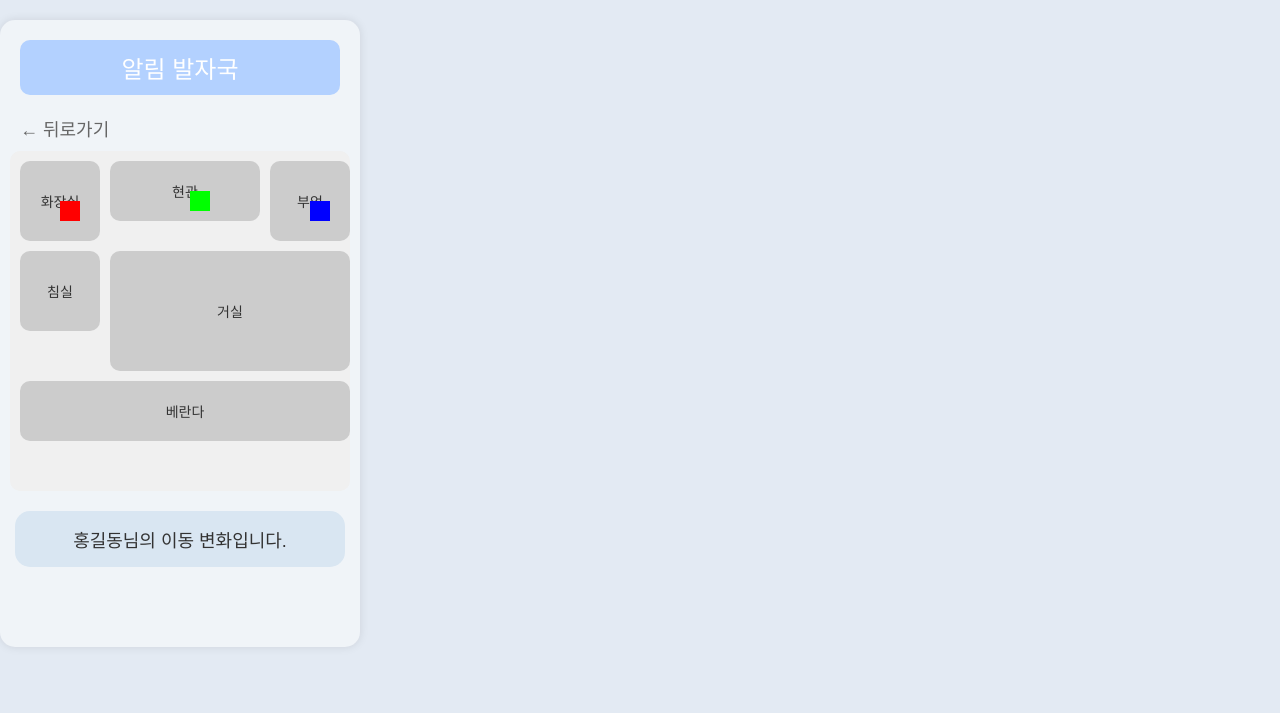
Repository: step-by-steps/step_by_steps_web
Page: http://localhost/step2
An editor plug-in stored every save of this project. The page is shown before and after a run of saves, followed by the edit.
The browser window is 1280 px wide. The pictures show the whole page.
The page is served by the project's application, run on Flask 3 (main.py). The session is filled in as if someone had signed in: {"username": "testuser"}. Queries for data that is not in the repository find no rows.

Above is the page before, as saved 2024-08-19 01:22:56.

After the next 2 saves:
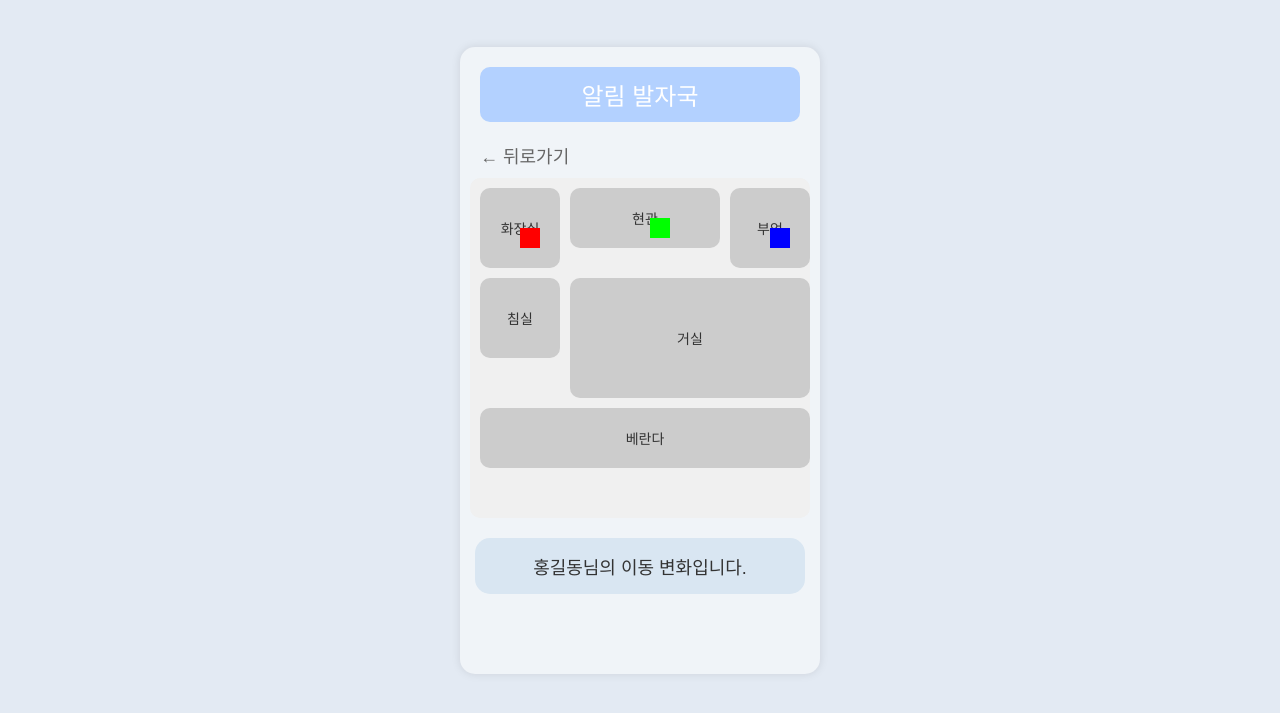
The 2 saves are shown as one change because they came seconds apart.
The last was saved 3 min 46 s later.
--- a/templates/step2.html
+++ b/templates/step2.html
@@ -10,13 +10,22 @@
             margin: 0;
             padding: 0;
             background-color: #E3EAF3;
-         }
+            display: flex;
+            justify-content: center; /* 페이지 전체를 중앙 정렬 */
+            align-items: center;
+            min-height: 100vh; /* 화면 전체 높이 사용 */
+        }
         .container {
             display: flex;
             flex-direction: column;
             align-items: center;
-            background-color: #E3EAF3;
+            background-color: #F0F4F8;
             padding: 20px;
+            width: 100%;
+            max-width: 320px;
+            border-radius: 15px;
+            box-shadow: 0 0 10px rgba(0, 0, 0, 0.1);
+            position: relative;
         }
         .title {
             font-size: 24px;
@@ -86,16 +95,6 @@
             width: 100%;
             max-width: 300px;
             margin-bottom: 20px;
-        }
-        .container {
-            width: 100%;
-            max-width: 320px;
-            padding: 20px;
-            background-color: #F0F4F8; /* 기존보다 명도 높은 배경색 */
-            border-radius: 15px;
-            box-shadow: 0 0 10px rgba(0, 0, 0, 0.1);
-            margin-top: 20px;
-            position: relative;
         }
         .alerts-container {
             width: 100%;
@@ -173,6 +172,7 @@
             </li>
             {% endfor %}
         </ul>
+    </div>
 </div>
 
 </body>
